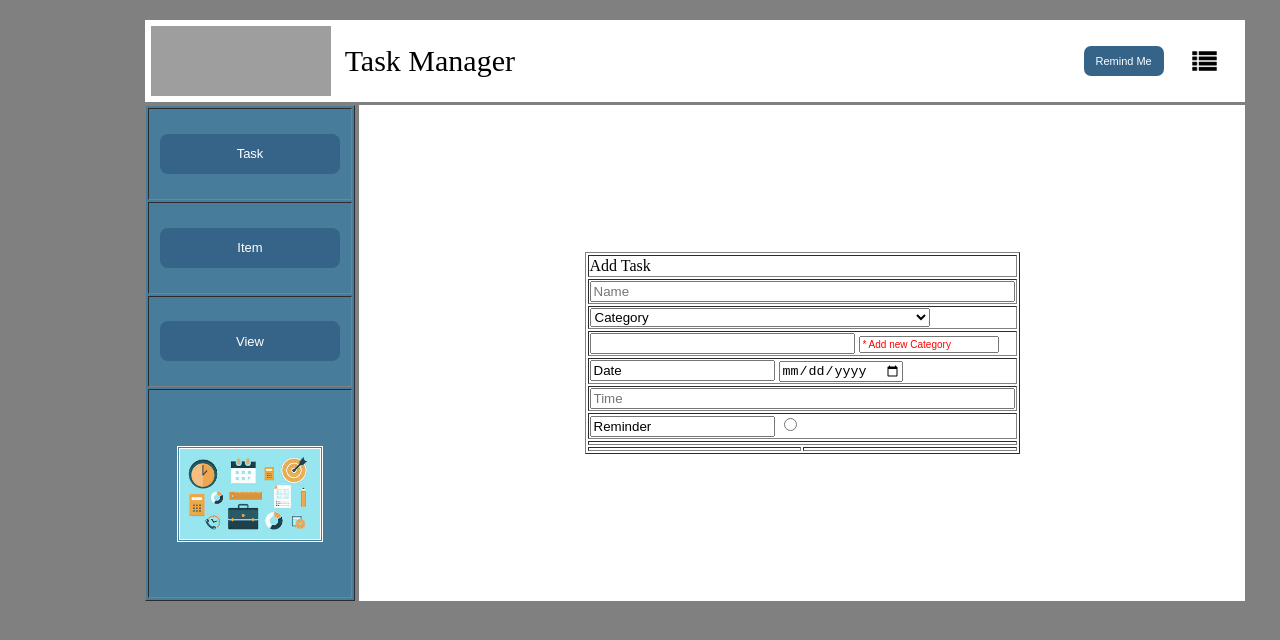
Repository: SnehaSalvi/TaskManagerProject
Page: http://localhost/TaskManagerChecklist/AddTask.jsp
An editor plug-in stored every save of this project. The page is shown before and after the next save, followed by the edit.
The browser window is 1280 px wide. The pictures show the whole page.
Pictures or frames that could not be fetched are drawn as grey boxes. The page is served by Tomcat 9. Other server files are loaded and not shown.

Above is the page before, as saved 2016-10-14 08:34:02.

### TaskManagerChecklist/WebContent/AddTask.jsp
<%@ page language="java" contentType="text/html; charset=ISO-8859-1"
    pageEncoding="ISO-8859-1"%>
<!DOCTYPE html PUBLIC "-//W3C//DTD HTML 4.01 Transitional//EN" "http://www.w3.org/TR/html4/loose.dtd">
<html>
<head>
<meta http-equiv="Content-Type" content="text/html; charset=ISO-8859-1">
<title>Insert title here</title>
<link href="home.css" type="text/css" rel="stylesheet"/>

</head>
<body>
<form>
	<table id="table1">
		<tr>
			<td id="td1">
				<img id="banner" src="images/banner.jpg"/>
			</td>
			<td id="td_blank">
			</td>
			<td id="td2">
				Task Manager
			</td>
			<td id="td3" align="center">
				<input type="button" name="remind" id="button1" value="Remind Me"/>
			</td>
			<td id="td4" align="center">
				<img id="list" src="images/list.png"/>
			</td>
		</tr>
	</table>
	<table></table>
	<table>
		<tr>
			<td>
				<table id="table2" border="1">
					<tr>
						<td id="#td5" align="center">
							<input type="button" name="task" id="button2" value="Task"/>
						</td>
					</tr>
					<tr>
						<td align="center">
							<input type="button" name="item" id="button2" value="Item"/>
						</td>
					</tr>
					<tr>
						<td align="center">
							<input type="button" name="view" id="button2" value="View"/>
						</td>
					</tr>
					<tr>
						<td rowspan="7" align="center">
							<img id="img1" src="images/menu.jpg"/>
						</td>
					</tr>
				</table>
			</td>
			<td>
				<table id="table3">
					<tr>
						<td id="#td6">
							<table border="1" align="center">
								<tr>
									<td colspan="2">
										Add Task
									</td>
								</tr>
								<tr>
									<td colspan="2">
										<input type="text" name="taskname" placeholder="Name" size="50" required="required"/>
									</td>
								</tr>
								<tr>
									<td colspan="2">
										<select id="select1" name="categoryname" placeholder="Category" value="Category" required="required">
											<optgroup label="Personal">
												<option value="" disabled selected hidden>Category</option>
												<option>Shopping</option>
												<option>Exercise</option>
											</optgroup>
											<optgroup label="Professional">
												<option>Meeting</option>
												<option>Project Work</option>
											</optgroup>
										</select>
									</td>
								</tr>
								<tr>
									<td colspan="2">
										<input type="text" name="categoryname" size="30" required="required"/>
										<input type="label" id="label1" name="newcategory" value="* Add new Category" required="required"/>
									</td>
								</tr>
								<tr>
									<td colspan="2">
										<input type="label" name="newdate" value="Date" required="required"/>
										<input type="date" name="date">
									</td>
								</tr>
								<tr>
									<td colspan="2">
										<input type="text" name="time" placeholder="Time" size="50" required="required"/>
									</td>
								</tr>
								<tr>
									<td colspan="2">
										<input type="label" value="Reminder" required="required"/>
										<input type="radio" name="reminder">
									</td>
								</tr>
								<tr>
									<td colspan="2">
									</td>
								</tr>
								<tr>
									<td>
									</td>
									<td>
									</td>
								</tr>
							</table>
						</td>
					</tr>
				</table>
			</td>
		</tr>
	</table>
</form>
<!--<form action="Hello">
Name:<input type="text" name="user"/>
<input type="submit" value="go"/>
</form>-->
</body>
</html>

### TaskManagerChecklist/WebContent/home.css
body
{
	background-position: center;
	background-color:gray;
	margin-left: 140px;
	margin-top: 20px;
	margin-right: 120px;
	margin-bottom: 20px;
	background-repeat: no-repeat;
}
#table1
{
	margin-left:5px;
	background-color:white;
	background-position: center;
	height: 76px;
	width:1100px;

}
#table2
{
	margin-left:2px;
	background-color:#477d9a;
	background-position: center;
	height: 496px;
	width:210px;


}
#table3
{
	background-color:white;
	background-position: center;
	height: 496px;
	width:886px;

}
#table4
{

	background-position: center;
	height: 497px;
	width:1100px;
}
#table5
{
	width:200px;
}
img
{
	border-style:double;
	border-color: white;
}
tr
{

}
#div1
{
	width: 600px;
	height: 400px;
}
#td1
{
	width:185px;
	height:75px;
	background-color:
}
#td2
{
	width:735px;
	height:75px;
	font-family: serif;
	font-size: 30px;
	font-style: inherit;

}
#td3
{
	width:80px;
	height:75px;
}
#td4
{
	width:30x;
	height:75px;
}
#td_blank
{
	width:100x;
	height:75px;
}

#td6
{
	width:1050x;
	height:495px;


}
#banner
{

	width: 180px;
	height: 70px;
}
#list
{

	width: 25px;
	height: 20px;
}
#select1
{
	width:340px;
}
#img1
{

	width: 140px;
	height: 90px;
}
#button1
{
    height: 30px;
    width: 80px;
    border-radius: 7px;
    border: 1px solid #000;
    font-family: sans-serif;
    background-color:#366489;
    color:white;
    font-size: 11px;
    border: 0;
}
#button2
{
    height: 40px;
    width: 180px;
    border-radius: 8px;
    border: 1px solid #000;
    font-family:sans-serif;
    font-size: 13px;
   background-color:#366489;
   color:white;
    border: 0;
}
#label1
{
	color:red;
	font-size: 10px;
}
#div3
{
	width: 510px;
	height: 350px;
}

After the next save:
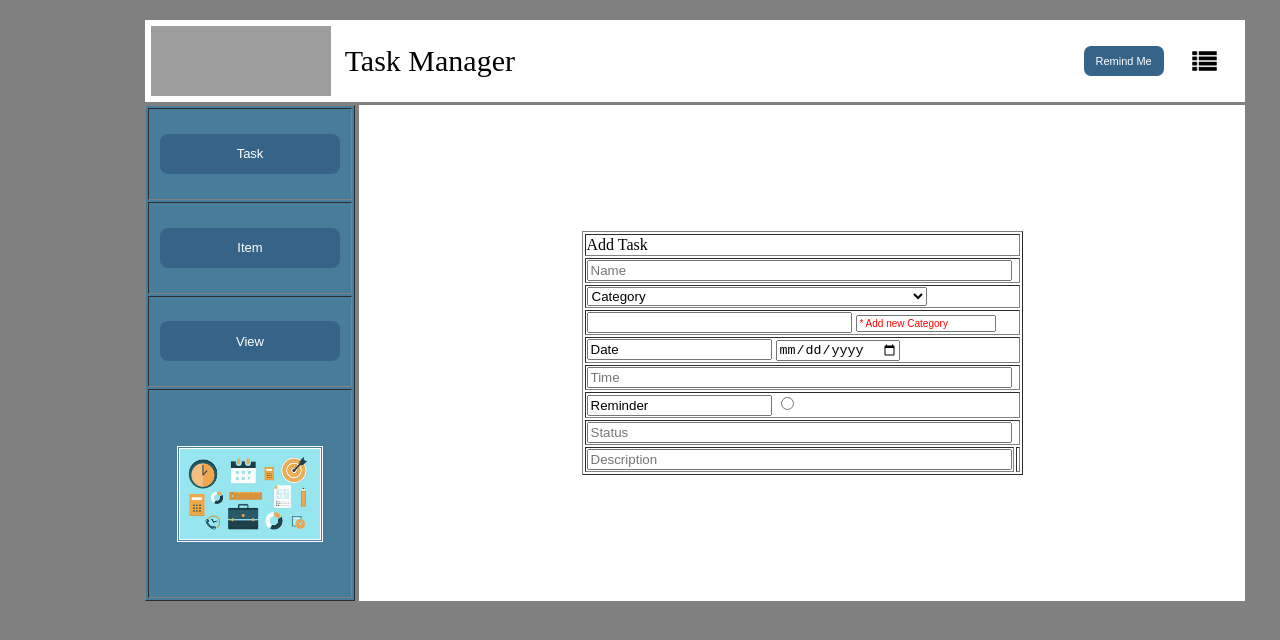
Saved 97 s later.
--- a/TaskManagerChecklist/WebContent/AddTask.jsp
+++ b/TaskManagerChecklist/WebContent/AddTask.jsp
@@ -110,10 +110,12 @@
 								</tr>
 								<tr>
 									<td colspan="2">
+										<input type="text" name="status" placeholder="Status" size="50" required="required"/>
 									</td>
 								</tr>
 								<tr>
 									<td>
+										<input type="text" name="description" placeholder="Description" size="50" required="required"/>
 									</td>
 									<td>
 									</td>
